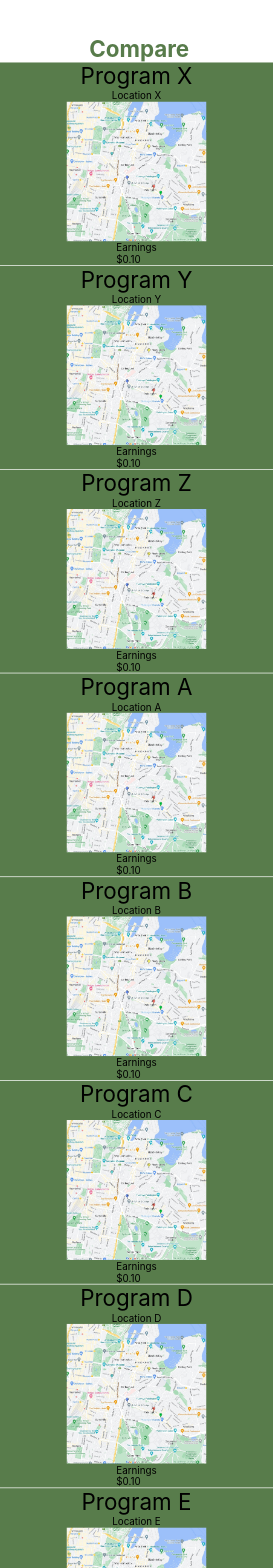
Repository: ct-pham/COMP4511
Screen: / (app in comp4511/)
An editor plug-in stored every save of this project. The screen is shown before and after the next save, followed by the edit.
The pictures show rows 0 to 2240 of an output 2708 px tall, at 70% of full size.
The app was drawn by React Native's web renderer in a window 390 px wide. The project was rebuilt for these pictures with package versions that can differ from the ones it lists, and the page was loaded fresh each time. Also part of the build but not shown: comp4511/Components/Homepage.js, comp4511/Components/AllEarnings.js, comp4511/Components/ProgramEarnings.js, comp4511/Components/Register.js, comp4511/Components/Login.js.

Above is the screen before, as saved 2022-11-09 19:19:21.

### comp4511/App.js
import React, {useState} from 'react';
import { StatusBar } from 'expo-status-bar';
import { StyleSheet, Text, View } from 'react-native';
import { NavigationContainer } from '@react-navigation/native';
import { createNativeStackNavigator } from '@react-navigation/native-stack';
import Homepage from './Components/Homepage';
import AllEarnings from './Components/AllEarnings';
import ProgramEarnings from './Components/ProgramEarnings';
import Register from './Components/Register';
import Login from './Components/Login';
import Compare from './Components/compareProgram/Compare';

const Stack = createNativeStackNavigator();


export default function App() {
  return (
    // <NavigationContainer>
    //   <Stack.Navigator>
    //     <Stack.Screen name="Register" component={Register} />
    //     <Stack.Screen name="Login" component={Login} />
    //     <Stack.Screen name="Home" component={Homepage}/>
    //     <Stack.Screen name="AllEarnings" component={AllEarnings}/>
    //     <Stack.Screen name="ProgramEarnings" component={ProgramEarnings}/>
    //   </Stack.Navigator>
    // </NavigationContainer>
    <Compare/>
  );
}

### comp4511/Components/compareProgram/Compare.js
import {
    StyleSheet,
    Text,
    SafeAreaView,
    statusBar,
    FlatList,
} from 'react-native';
import Items from './Items';

import ProgramDetails from './ProgramDetails';

export default function Compare() {
    return (
        <SafeAreaView style={styles.container}>

            <Text style = {styles.title}> Compare</Text>
            <FlatList
                data = {ProgramDetails}
                renderItem={({ item }) => <Items item = {item} />}
                showsVerticalScrollIndicator

            />
        </SafeAreaView>
    );
}

const styles = StyleSheet.create({
    container: {
        marginBottom: 200,
        marginTop: 50,
    },
    title: {
        fontSize: 32,
        color: '#587C4B',
        fontWeight: 'bold',
        textAlign: 'center',
    }
});

### comp4511/Components/compareProgram/Items.js
import {
    View,
    Text,
    StyleSheet,
    Image,
    useWindowDimensions,
    TouchableOpacity,
    StatusBar,
} from 'react-native';
import { useState } from 'react';


export default function Items ({item}) {

    const { width } = useWindowDimensions();
    return (
        <View style={ styles.container}>

            <View style = {[styles.programContainer, {width}]}>
                <Text style = {styles.title}>{item.title}</Text>
                <Text style = {styles.location}>{item.location}</Text>

                <Image
                    source = {item.image}
                    style = {styles.image}
                />
                <View>
                    <Text style = {styles.Earnings}>{item.Earning}</Text>
                    <Text style = {styles.Total}>{item.Total}</Text>

                </View>
            </View>

        </View>
    )
}

const styles = StyleSheet.create({
    container: {
        flex: 1,
        marginTop: StatusBar.currentHeight || 0,


      },
    item: {
        padding: 20,
        marginVertical: 8,
        marginHorizontal: 16,
      },
    title: {
        fontSize: 32,
      },
    programContainer: {
        backgroundColor: '#587C4B',
        alignItems: 'center',
        marginBottom: 1,
    },
    image: {
        width: 200,
        height: 200,
    }

});

### comp4511/Components/compareProgram/ProgramDetails.js
export default [
    {
        id: '1',
        title: 'Program X',
        location: 'Location X',
        Earning: 'Earnings',
        Total: '$0.10',
        image: require('./map.jpg'),

    },
    {
        id: '2',
        title: 'Program Y',
        location: 'Location Y',
        Earning: 'Earnings',
        Total: '$0.10',
        image: require('./map.jpg'),

    },
    {
        id: '3',
        title: 'Program Z',
        location: 'Location Z',
        Earning: 'Earnings',
        Total: '$0.10',
        image: require('./map.jpg'),

    },
    {
        id: '4',
        title: 'Program A',
        location: 'Location A',
        Earning: 'Earnings',
        Total: '$0.10',
        image: require('./map.jpg'),

    },
    {
        id: '5',
        title: 'Program B',
        location: 'Location B',
        Earning: 'Earnings',
        Total: '$0.10',

        image: require('./map.jpg'),
    },
    {
        id: '6',
        title: 'Program C',
        location: 'Location C',
        Earning: 'Earnings',
        Total: '$0.10',
        image: require('./map.jpg'),
    },
    {
        id: '7',
        title: 'Program D',
        location: 'Location D',
        Earning: 'Earnings',
        Total: '$0.10',
        image: require('./map.jpg'),
    },
    {
        id: '8',
        title: 'Program E',
        location: 'Location E',
        Earning: 'Earnings',
        Total: '$0.10',
        image: require('./map.jpg'),
    },
    {
        id: '9',
        title: 'Program F',
        location: 'Location F',
        Earning: 'Earnings',
        Total: '$0.10',
        image: require('./map.jpg'),
    },


]

After the next save:
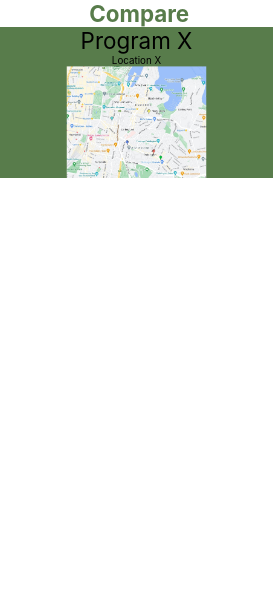
Saved 16 s later.
--- a/comp4511/Components/compareProgram/Compare.js
+++ b/comp4511/Components/compareProgram/Compare.js
@@ -26,8 +26,7 @@ export default function Compare() {
 
 const styles = StyleSheet.create({
     container: {
-        marginBottom: 200,
-        marginTop: 50,
+        height: '30%',
     },
     title: {
         fontSize: 32,
